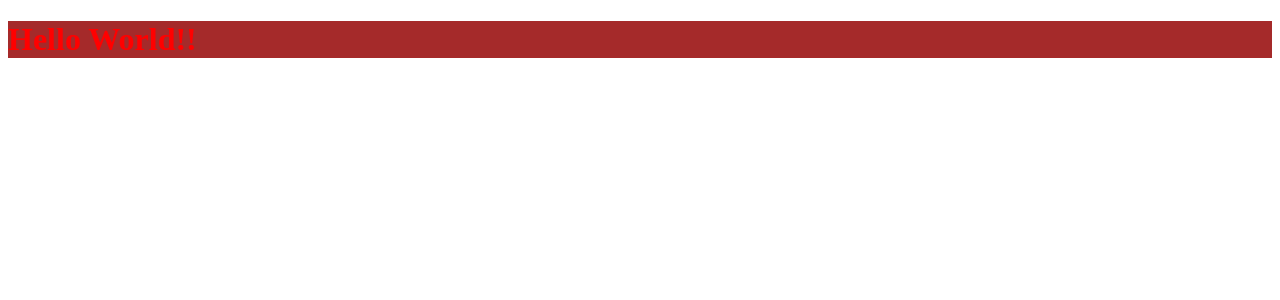
Repository: neerajachinnareddy/namaste-react
Page: index.html
An editor plug-in stored every save of this project. The page is shown before and after the next save, followed by the edit.
The browser window is 1280 px wide. The pictures show the whole page.

Above is the page before, as saved 2024-07-24 08:12:56.

### index.html
<!DOCTYPE html>
<html lang="en">
<head>
    <meta charset="UTF-8">
    <meta name="viewport" content="width=device-width, initial-scale=1.0">
    <title>Namest React!!</title>
    <link rel="stylesheet" href="./app.css" type="text/css"/>
</head>
<body>
    <div id="root">

    </div>
    <!-- <script>
        let content = document.createElement("h1");
        content.innerHTML = "Hello World Using JavaScript!!"
        let root  = document.getElementById("root");
        root.appendChild(content);

    </script> -->
    <script crossorigin src="https://unpkg.com/react@18/umd/react.development.js"></script>
    <script crossorigin src="https://unpkg.com/react-dom@18/umd/react-dom.development.js"></script>
    <script src="app.js">

    </script>
</body>
</html>

### app.css
#root {
    background-color: brown;
}
h1 {
    color: red;
}

### app.js
const heading = React.createElement(
    "h1",
    {},
    "Hello World!!"
)
console.log("heading value",heading);

const root = ReactDOM.createRoot(document.getElementById('root'));
root.render(heading);

After the next save:
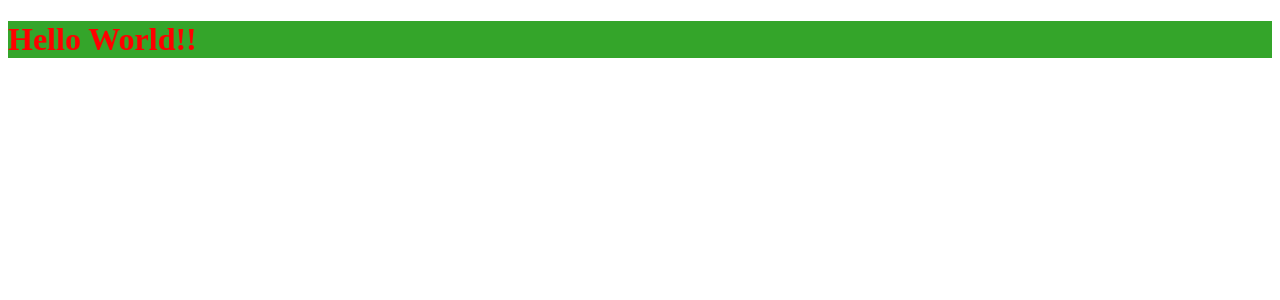
Saved 14 s later.
--- a/app.css
+++ b/app.css
@@ -1,5 +1,5 @@
 #root {
-    background-color: brown;
+    background-color: rgb(52, 165, 42);
 }
 h1 {
     color: red;
